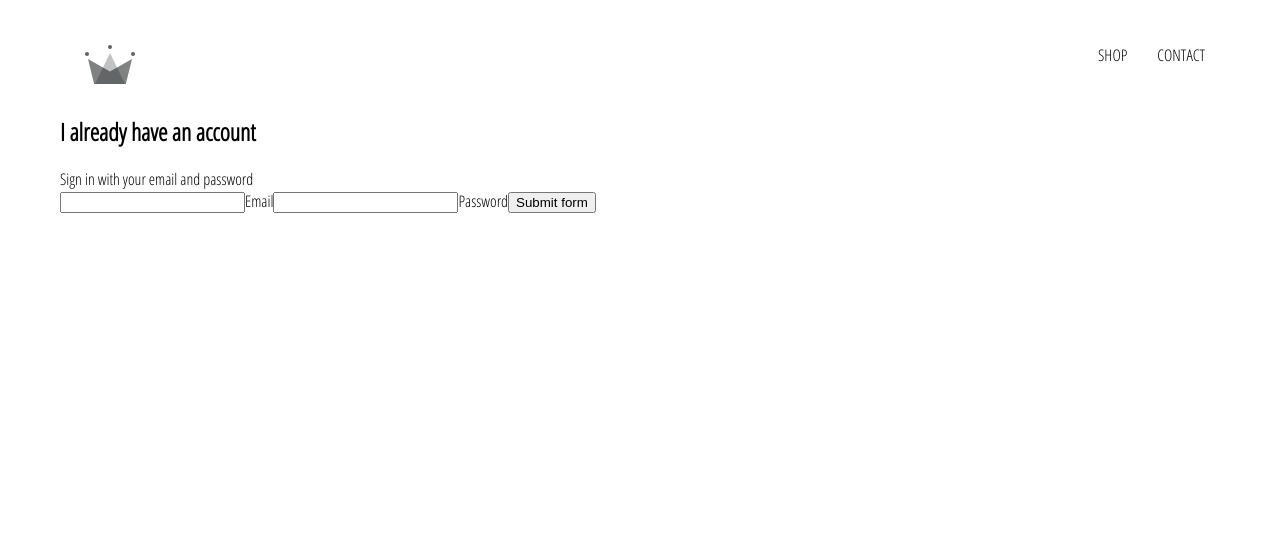
Repository: tommilaurila/crwn-clothing
Page: /signin
These files come from the project's save history. The page is drawn as it stood at one moment and after the next save; the edit follows.
The browser window is 1280 px wide. The pictures show the whole page.
The project was rebuilt for these pictures with package versions that can differ from the ones it lists, and the page was loaded fresh each time. Also part of the build but not shown: src/pages/shop/shop.data.js, src/components/collection-item/collection-item.styles.scss, src/components/collection-item/collection-item.component.jsx, src/components/collection-preview/collection-preview.styles.scss, src/components/collection-preview/collection-preview.component.jsx, src/pages/shop/shop.component.jsx, src/components/sign-in/sign-in.styles.scss, src/pages/sign-in-and-sign-up/sign-in-and-sign-up.styles.scss. Imported but missing from the stored project, and not drawn on this page: src/pages/homepage/homepage.component.

Above is the page before, as saved 2019-12-04 22:39:11.

### src/index.js
import React from 'react';
import ReactDOM from 'react-dom';
import { BrowserRouter } from 'react-router-dom';
import './index.css';
import App from './App';


ReactDOM.render(
<BrowserRouter>
    <App />
</BrowserRouter>,
document.getElementById('root')
);

### src/App.js
import React from 'react';
import { Switch, Route } from 'react-router-dom';
import './App.css';

import HomePage from './pages/homepage/homepage.component';
import ShopPage from './pages/shop/shop.component';
import SignInAndSignUpPage from './pages/sign-in-and-sign-up/sign-in-and-sign-up.component';
import Header from './components/header/header.component';

function App() {
  return (
    <div>
      <Header />
      <Switch>
        <Route exact path='/' component={HomePage} />
        <Route path='/shop' component={ShopPage} />
        <Route path='/signin' component={SignInAndSignUpPage} />
      </Switch>
    </div>
  );
}

export default App;

### src/App.css
body {
    font-family: 'Open Sans Condensed';
    padding: 20px 60px;
}

a {
    text-decoration: none;
    color: black;
}

### src/components/header/header.component.jsx
import React from 'react';
import { Link } from 'react-router-dom';

import { ReactComponent as Logo } from '../../assets/crown.svg';

import './header.styles.scss';

const Header = () => (
    <div className='header'>
        <Link className='logo-container' to="/">
            <Logo className='logo' />
        </Link>
        <div className='options'>
            <Link className='option' to='/shop'>SHOP</Link>
            <Link className='option' to='/shop'>CONTACT</Link>
        </div>
    </div>
);

export default Header;

### src/components/sign-in/sign-in.component.jsx
import React from 'react';

import FormInput from '../form-input/form-input.component';

import './sign-in.styles.scss';

class SignIn extends React.Component{
    constructor(props) {
        super(props);

        this.state = {
            email: '',
            password: ''
        }
    }

    handleSubmit = event => {
        event.preventDefault();

        this.setState({ email: '', password: ''});
    }

    handleChange = event => {
        const { value, name } = event.target;

        this.setState({ [name]: value })
    }

    render() {
        return(
            <div className='sign-in'>
                <h2>I already have an account</h2>
                <span>Sign in with your email and password</span>

                <form onSubmit={this.handleSubmit}>
                    <input name="email" type="email" onChange={this.handleChange} value={this.state.email} required />
                    <label>Email</label>

                    <input
                        name="password"
                        type="password"
                        value={this.state.password}
                        onChange={this.handleChange}
                        required
                    />
                    <label>Password</label>

                    <input type="submit" value="Submit form" />
                </form>
            </div>
        )
    }
}

export default SignIn;

### src/components/form-input/form-input.component.jsx
import React from 'react';

import './form-input.styles.scss';

const FormInput = ({ handleChange, label, ...otherProps}) => (
    <div className='group'>
        <input className='form-input' onChange={handleChange} {...otherProps} />
        {
            label ?
            <label
                className={`${
                    otherProps.value.length ? 'shrink' : ''
                } form-input-label`}
            >
                {label}
            </label>
            : null
        }
    </div>
);

export default FormInput;

### src/components/form-input/form-input.styles.scss
$sub-color: grey;
$main-color: black;

@mixin shrinkLabel {
  top: -14px;
  font-size: 12px;
  color: $main-color;
}

.group {
  position: relative;
  margin: 45px 0;

  .form-input {
    background: none;
    background-color: white;
    color: $sub-color;
    font-size: 18px;
    padding: 10px 10px 10px 5px;
    display: block;
    width: 100%;
    border: none;
    border-radius: 0;
    border-bottom: 1px solid $sub-color;
    margin: 25px 0;

    &:focus {
      outline: none;
    }

    &:focus ~ .form-input-label {
      @include shrinkLabel();
    }
  }

  input[type='password'] {
    letter-spacing: 0.3em;
  }

  .form-input-label {
    color: $sub-color;
    font-size: 16px;
    font-weight: normal;
    position: absolute;
    pointer-events: none;
    left: 5px;
    top: 10px;
    transition: 300ms ease all;

    &.shrink {
      @include shrinkLabel();
    }
  }
}

Loaded but not shown: public/index.html (common file); src/index.css (common file); src/pages/sign-in-and-sign-up/sign-in-and-sign-up.component.jsx (common file); src/components/header/header.styles.scss (common file)

After the next save:
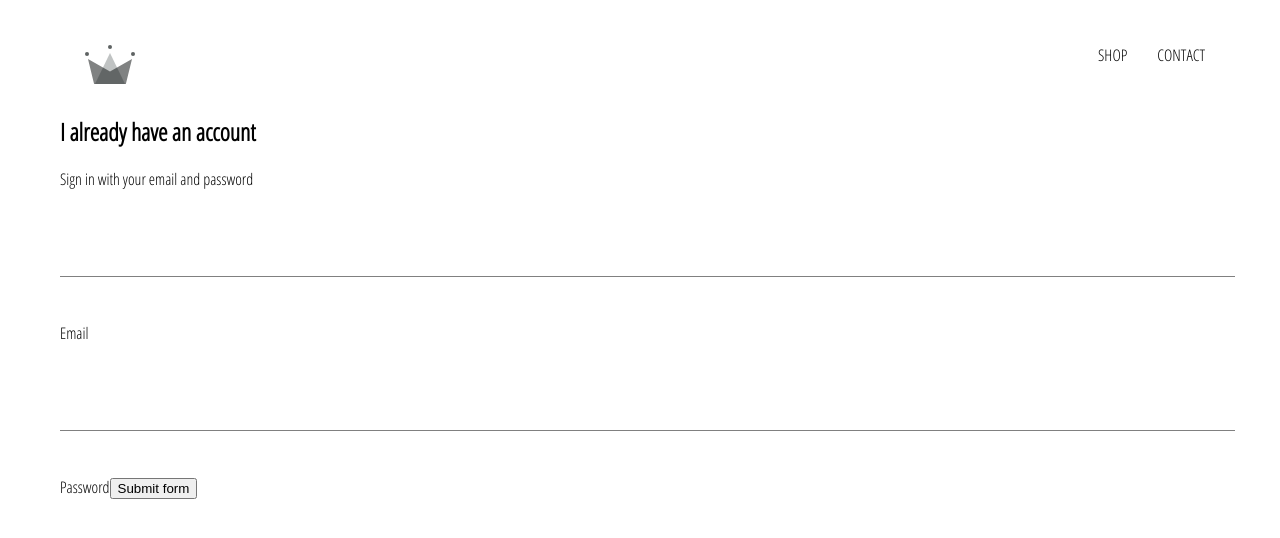
Saved 28 s later.
--- a/src/components/sign-in/sign-in.component.jsx
+++ b/src/components/sign-in/sign-in.component.jsx
@@ -33,10 +33,10 @@ class SignIn extends React.Component{
                 <span>Sign in with your email and password</span>
 
                 <form onSubmit={this.handleSubmit}>
-                    <input name="email" type="email" onChange={this.handleChange} value={this.state.email} required />
+                    <FormInput name="email" type="email" onChange={this.handleChange} value={this.state.email} required />
                     <label>Email</label>
 
-                    <input
+                    <FormInput
                         name="password"
                         type="password"
                         value={this.state.password}
